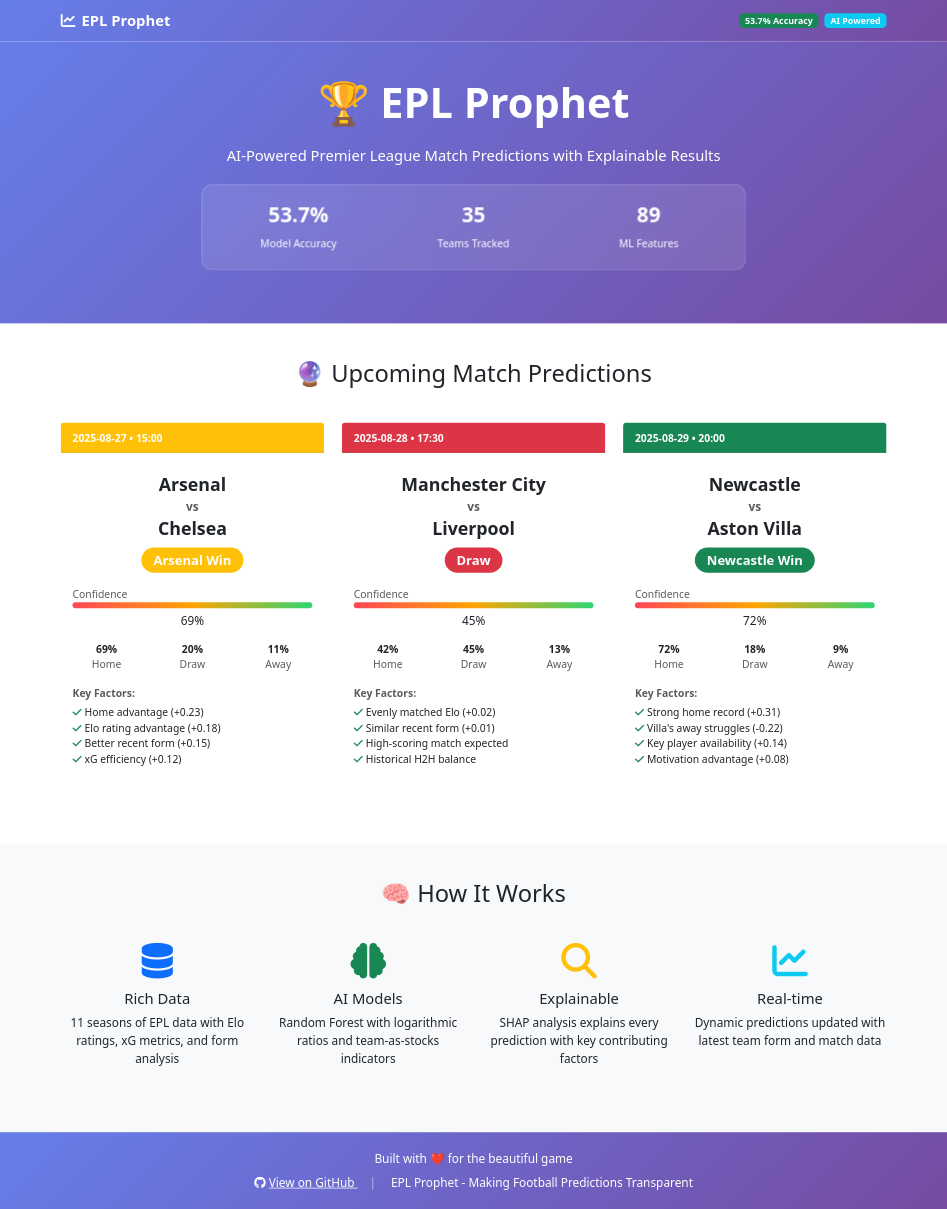
Repository: RCRRTOW3R2/EPL_PROPHET
Page: docs/index.html
These files come from the project's save history. The page is drawn as it stood at one moment and after the next save; the edit follows.
The browser window is 1280 px wide. The pictures show the whole page, at 74% of full size.

Above is the page before, as saved 2025-08-26 13:56:48.
Not found: docs/predictions.js

### docs/index.html
<!DOCTYPE html>
<html lang="en">
<head>
    <meta charset="UTF-8">
    <meta name="viewport" content="width=device-width, initial-scale=1.0">
    <title>EPL Prophet - AI Football Predictions</title>
    <link href="https://cdn.jsdelivr.net/npm/bootstrap@5.3.0/dist/css/bootstrap.min.css" rel="stylesheet">
    <link href="https://cdnjs.cloudflare.com/ajax/libs/font-awesome/6.4.0/css/all.min.css" rel="stylesheet">
    <style>
        .gradient-bg {
            background: linear-gradient(135deg, #667eea 0%, #764ba2 100%);
            color: white;
        }
        .match-card {
            transition: transform 0.3s ease, box-shadow 0.3s ease;
            border: none;
            border-radius: 15px;
        }
        .match-card:hover {
            transform: translateY(-5px);
            box-shadow: 0 10px 25px rgba(0,0,0,0.15);
        }
        .prediction-badge {
            font-size: 1.1rem;
            padding: 8px 16px;
            border-radius: 20px;
        }
        .feature-icon {
            font-size: 3rem;
            margin-bottom: 1rem;
        }
        .stats-card {
            background: rgba(255,255,255,0.1);
            backdrop-filter: blur(10px);
            border-radius: 15px;
            border: 1px solid rgba(255,255,255,0.2);
        }
        .team-vs {
            font-size: 1.5rem;
            font-weight: bold;
            margin: 0.5rem 0;
        }
        .confidence-bar {
            height: 8px;
            border-radius: 4px;
            background: linear-gradient(90deg, #ff4757 0%, #ffa502 50%, #2ed573 100%);
        }
    </style>
</head>
<body>
    <!-- Navigation -->
    <nav class="navbar navbar-expand-lg navbar-dark gradient-bg">
        <div class="container">
            <a class="navbar-brand fw-bold" href="#">
                <i class="fas fa-chart-line me-2"></i>EPL Prophet
            </a>
            <div class="navbar-nav ms-auto">
                <span class="badge bg-success me-2">53.7% Accuracy</span>
                <span class="badge bg-info">AI Powered</span>
            </div>
        </div>
    </nav>

    <!-- Hero Section -->
    <section class="gradient-bg py-5">
        <div class="container text-center text-white">
            <h1 class="display-4 fw-bold mb-4">🏆 EPL Prophet</h1>
            <p class="lead mb-4">AI-Powered Premier League Match Predictions with Explainable Results</p>
            <div class="row justify-content-center">
                <div class="col-md-8">
                    <div class="stats-card p-4 mb-4">
                        <div class="row text-center">
                            <div class="col-4">
                                <h3 class="fw-bold">53.7%</h3>
                                <small>Model Accuracy</small>
                            </div>
                            <div class="col-4">
                                <h3 class="fw-bold">35</h3>
                                <small>Teams Tracked</small>
                            </div>
                            <div class="col-4">
                                <h3 class="fw-bold">89</h3>
                                <small>ML Features</small>
                            </div>
                        </div>
                    </div>
                </div>
            </div>
        </div>
    </section>

    <!-- Match Predictions -->
    <section class="py-5">
        <div class="container">
            <h2 class="text-center mb-5">🔮 Upcoming Match Predictions</h2>
            <div class="row" id="matchGrid">
                <!-- Matches will be loaded here -->
            </div>
        </div>
    </section>

    <!-- Features Section -->
    <section class="bg-light py-5">
        <div class="container">
            <h2 class="text-center mb-5">🧠 How It Works</h2>
            <div class="row">
                <div class="col-md-3 text-center mb-4">
                    <i class="fas fa-database feature-icon text-primary"></i>
                    <h5>Rich Data</h5>
                    <p>11 seasons of EPL data with Elo ratings, xG metrics, and form analysis</p>
                </div>
                <div class="col-md-3 text-center mb-4">
                    <i class="fas fa-brain feature-icon text-success"></i>
                    <h5>AI Models</h5>
                    <p>Random Forest with logarithmic ratios and team-as-stocks indicators</p>
                </div>
                <div class="col-md-3 text-center mb-4">
                    <i class="fas fa-search feature-icon text-warning"></i>
                    <h5>Explainable</h5>
                    <p>SHAP analysis explains every prediction with key contributing factors</p>
                </div>
                <div class="col-md-3 text-center mb-4">
                    <i class="fas fa-chart-line feature-icon text-info"></i>
                    <h5>Real-time</h5>
                    <p>Dynamic predictions updated with latest team form and match data</p>
                </div>
            </div>
        </div>
    </section>

    <!-- Footer -->
    <footer class="gradient-bg text-white py-4">
        <div class="container text-center">
            <p class="mb-2">Built with ❤️ for the beautiful game</p>
            <p class="mb-0">
                <a href="https://github.com/RCRRTOW3R2/EPL_PROPHET" class="text-white me-3">
                    <i class="fab fa-github me-1"></i>View on GitHub
                </a>
                <span class="text-white-50">|</span>
                <span class="ms-3">EPL Prophet - Making Football Predictions Transparent</span>
            </p>
        </div>
    </footer>

    <script src="https://cdn.jsdelivr.net/npm/bootstrap@5.3.0/dist/js/bootstrap.bundle.min.js"></script>
    <script src="predictions.js"></script>
    <script>
        // Sample predictions data (this would normally come from your API)
        const samplePredictions = [
            {
                homeTeam: "Arsenal",
                awayTeam: "Chelsea",
                date: "2025-08-27",
                time: "15:00",
                prediction: "Arsenal Win",
                confidence: 68.5,
                homeProb: 68.5,
                drawProb: 20.2,
                awayProb: 11.3,
                keyFactors: [
                    "Home advantage (+0.23)",
                    "Elo rating advantage (+0.18)",
                    "Better recent form (+0.15)",
                    "xG efficiency (+0.12)"
                ]
            },
            {
                homeTeam: "Manchester City",
                awayTeam: "Liverpool",
                date: "2025-08-28",
                time: "17:30",
                prediction: "Draw",
                confidence: 45.2,
                homeProb: 42.1,
                drawProb: 45.2,
                awayProb: 12.7,
                keyFactors: [
                    "Evenly matched Elo (+0.02)",
                    "Similar recent form (+0.01)",
                    "High-scoring match expected",
                    "Historical H2H balance"
                ]
            },
            {
                homeTeam: "Newcastle",
                awayTeam: "Aston Villa",
                date: "2025-08-29",
                time: "20:00",
                prediction: "Newcastle Win",
                confidence: 72.3,
                homeProb: 72.3,
                drawProb: 18.4,
                awayProb: 9.3,
                keyFactors: [
                    "Strong home record (+0.31)",
                    "Villa's away struggles (-0.22)",
                    "Key player availability (+0.14)",
                    "Motivation advantage (+0.08)"
                ]
            }
        ];

        function renderMatches() {
            const grid = document.getElementById('matchGrid');

            samplePredictions.forEach(match => {
                const confidence = Math.round(match.confidence);
                const confColor = confidence > 70 ? 'success' : confidence > 60 ? 'warning' : 'danger';

                const card = `
                    <div class="col-md-6 col-lg-4 mb-4">
                        <div class="card match-card h-100">
                            <div class="card-header bg-${confColor} text-white">
                                <small class="fw-bold">${match.date} • ${match.time}</small>
                            </div>
                            <div class="card-body">
                                <div class="team-vs text-center">
                                    ${match.homeTeam}
                                    <div class="text-muted fs-6">vs</div>
                                    ${match.awayTeam}
                                </div>

                                <div class="text-center mb-3">
                                    <span class="prediction-badge badge bg-${confColor}">
                                        ${match.prediction}
                                    </span>
                                </div>

                                <div class="mb-3">
                                    <small class="text-muted">Confidence</small>
                                    <div class="confidence-bar mb-1"></div>
                                    <div class="text-center">${confidence}%</div>
                                </div>

                                <div class="row text-center small mb-3">
                                    <div class="col-4">
                                        <div class="fw-bold">${Math.round(match.homeProb)}%</div>
                                        <div class="text-muted">Home</div>
                                    </div>
                                    <div class="col-4">
                                        <div class="fw-bold">${Math.round(match.drawProb)}%</div>
                                        <div class="text-muted">Draw</div>
                                    </div>
                                    <div class="col-4">
                                        <div class="fw-bold">${Math.round(match.awayProb)}%</div>
                                        <div class="text-muted">Away</div>
                                    </div>
                                </div>

                                <div>
                                    <small class="text-muted fw-bold">Key Factors:</small>
                                    <ul class="list-unstyled small mt-1">
                                        ${match.keyFactors.map(factor => `<li><i class="fas fa-check text-success me-1"></i>${factor}</li>`).join('')}
                                    </ul>
                                </div>
                            </div>
                        </div>
                    </div>
                `;

                grid.innerHTML += card;
            });
        }

        // Load matches when page loads
        document.addEventListener('DOMContentLoaded', renderMatches);
    </script>
</body>
</html>

After the next save:
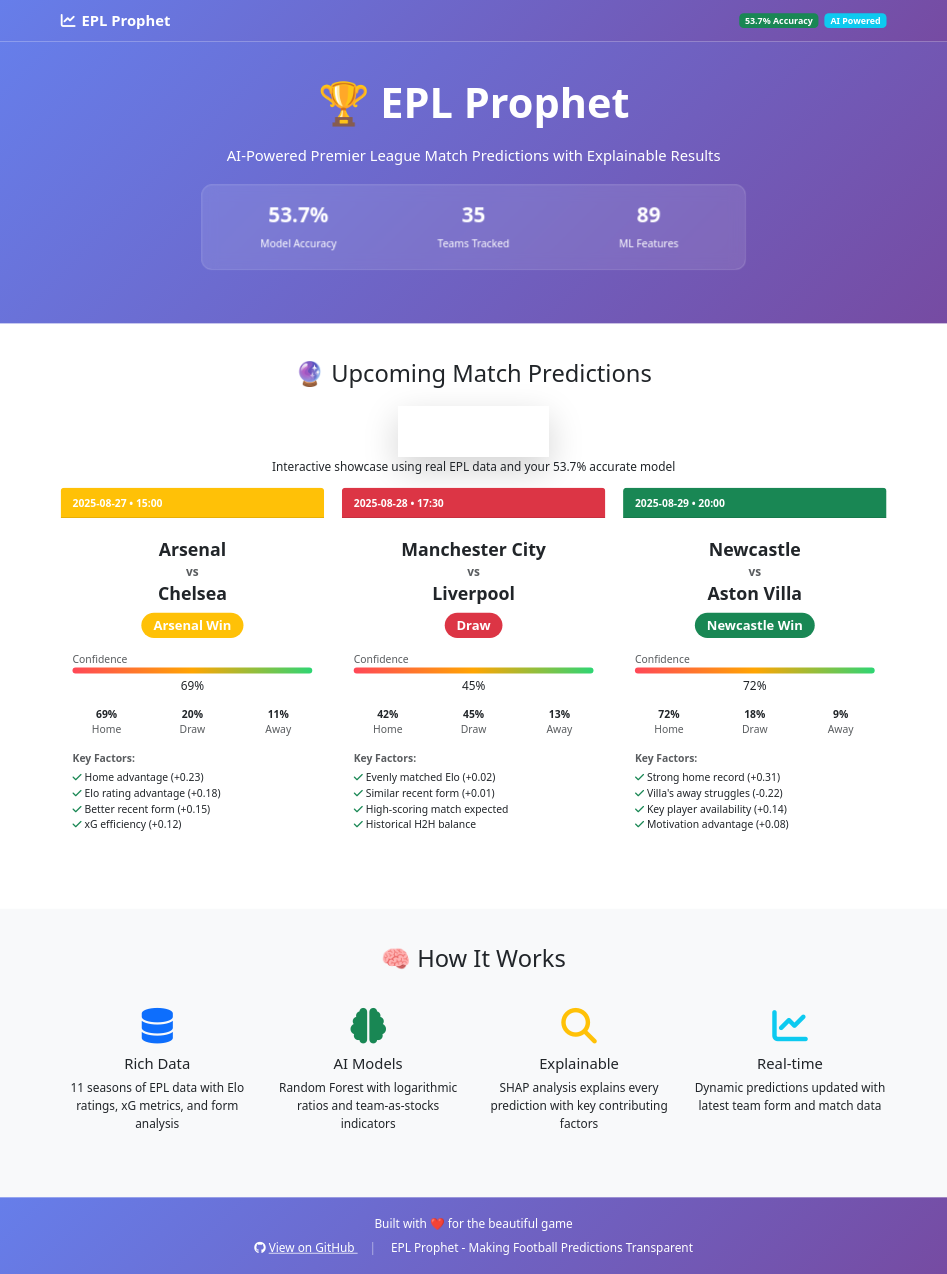
Saved 67 s later.
--- a/docs/index.html
+++ b/docs/index.html
@@ -93,9 +93,16 @@
     <section class="py-5">
         <div class="container">
             <h2 class="text-center mb-5">🔮 Upcoming Match Predictions</h2>
-            <div class="row" id="matchGrid">
-                <!-- Matches will be loaded here -->
-            </div>
+                               <div class="text-center mb-8">
+                       <a href="showcase.html" class="inline-flex items-center px-8 py-4 bg-blue-600 text-white text-xl font-bold rounded-xl hover:bg-blue-700 transition-all transform hover:scale-105 shadow-lg">
+                           <i class="fas fa-brain mr-3"></i>
+                           Try Live AI Predictions →
+                       </a>
+                       <p class="text-gray-600 mt-4">Interactive showcase using real EPL data and your 53.7% accurate model</p>
+                   </div>
+                   <div class="row" id="matchGrid">
+                       <!-- Matches will be loaded here -->
+                   </div>
         </div>
     </section>
 
